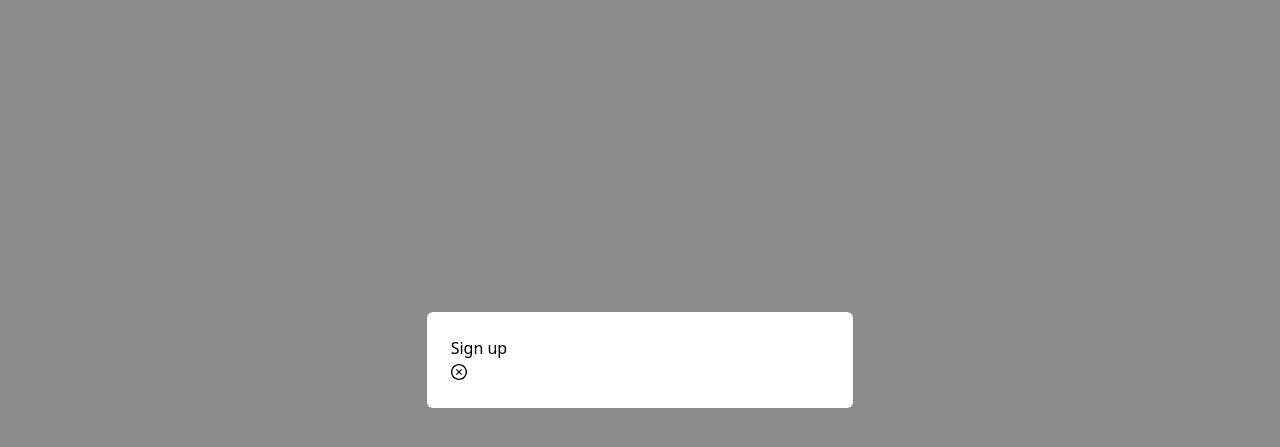
Repository: TinhTT336/MD02_Session14
Page: / (app in client/)
The author's editor kept a copy of each file at every save. The page is drawn from the files as they stood at one save, then again after the next save.
The browser window is 1280 px wide. The pictures show the whole page.
The project was rebuilt for these pictures with package versions that can differ from the ones it lists, and the page was loaded fresh each time. Also part of the build but not shown: client/vite.config.js, client/src/firebase/configFirebase.js, client/src/components/UploadSingleFile.jsx, client/src/components/register/register.css, client/src/components/register/Register.jsx, client/src/components/register/RegisterWithImg.jsx.

Above is the page before, as saved 2023-09-14 14:03:47.

### client/index.html
<!DOCTYPE html>
<html lang="en">
  <head>
    <meta charset="UTF-8" />
    <link rel="icon" type="image/svg+xml" href="/vite.svg" />
    <meta name="viewport" content="width=device-width, initial-scale=1.0" />
    <title>Vite + React</title>
    <!-- <link
      href="https://cdn.jsdelivr.net/npm/bootstrap@5.0.2/dist/css/bootstrap.min.css"
      rel="stylesheet"
      integrity="sha384-EVSTQN3/azprG1Anm3QDgpJLIm9Nao0Yz1ztcQTwFspd3yD65VohhpuuCOmLASjC"
      crossorigin="anonymous"
    />
    <link
      rel="stylesheet"
      href="https://cdnjs.cloudflare.com/ajax/libs/font-awesome/6.4.2/css/all.min.css"
      integrity="sha512-z3gLpd7yknf1YoNbCzqRKc4qyor8gaKU1qmn+CShxbuBusANI9QpRohGBreCFkKxLhei6S9CQXFEbbKuqLg0DA=="
      crossorigin="anonymous"
      referrerpolicy="no-referrer"
    /> -->
  </head>
  <body>
    <div id="root"></div>
    <script type="module" src="/src/main.jsx"></script>
  </body>
</html>

### client/src/App.jsx

import './App.css'
import UploadSingleFile from './components/UploadSingleFile'
import Register from './components/register/Register'
import RegisterWithImg from './components/register/RegisterWithImg'
import Signup from './components/signup/Signup'

function App() {

  return (
    <>
      {/* <UploadSingleFile /> */}
      {/* <Register /> */}
      {/* <RegisterWithImg /> */}
      <Signup />
    </>
  )
}

export default App

### client/src/components/signup/Signup.jsx
import React from 'react';
import { CloseCircleOutlined } from "@ant-design/icons"

export default function Signup() {
    return (
        <>
            <div className='fixed top-0 left-0 right-0 bottom-0 flex items-center justify-center bg-rgba-black'>
                <form className='bg-white p-6 rounded-md w-2/6'>
                    <div>
                        <h3>Sign up</h3>
                        <CloseCircleOutlined />
                    </div>
                </form>
            </div>

        </>
    )
}

### client/tailwind.config.js
/** @type {import('tailwindcss').Config} */
export default {
  content: ["./index.html", "./src/**/*.{js,ts,jsx,tsx}"],
  theme: {
    extend: {
      backgroundColor: {
        "rgba-black": "rgba(0,0,0,0.45)",
      },
    },
  },
  plugins: [],
};

Loaded but not shown: client/src/main.jsx (common file); client/src/index.css (common file); client/src/App.css (common file)

After the next save:
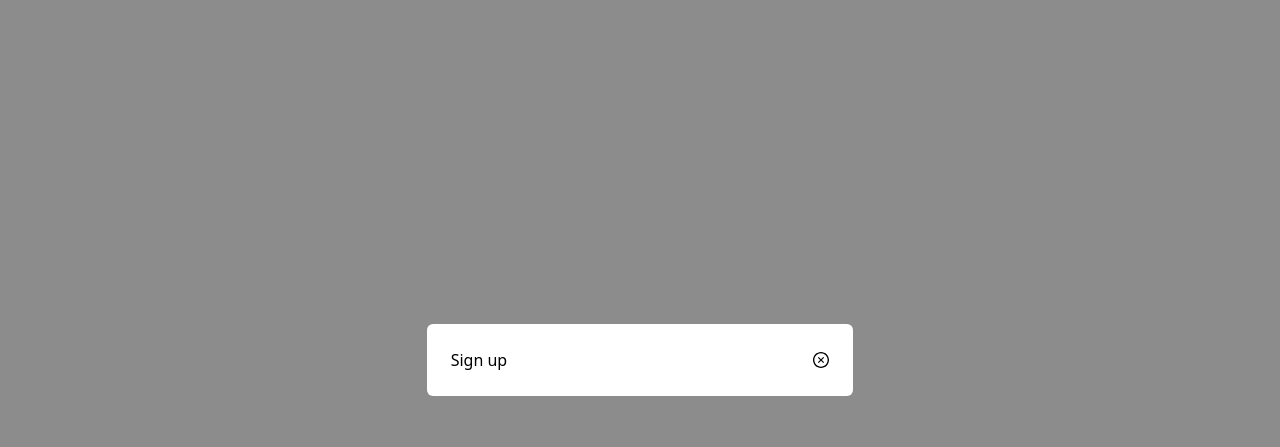
Saved 66 s later.
--- a/client/src/components/signup/Signup.jsx
+++ b/client/src/components/signup/Signup.jsx
@@ -6,7 +6,7 @@ export default function Signup() {
         <>
             <div className='fixed top-0 left-0 right-0 bottom-0 flex items-center justify-center bg-rgba-black'>
                 <form className='bg-white p-6 rounded-md w-2/6'>
-                    <div>
+                    <div className='flex items-center justify-between'>
                         <h3>Sign up</h3>
                         <CloseCircleOutlined />
                     </div>
